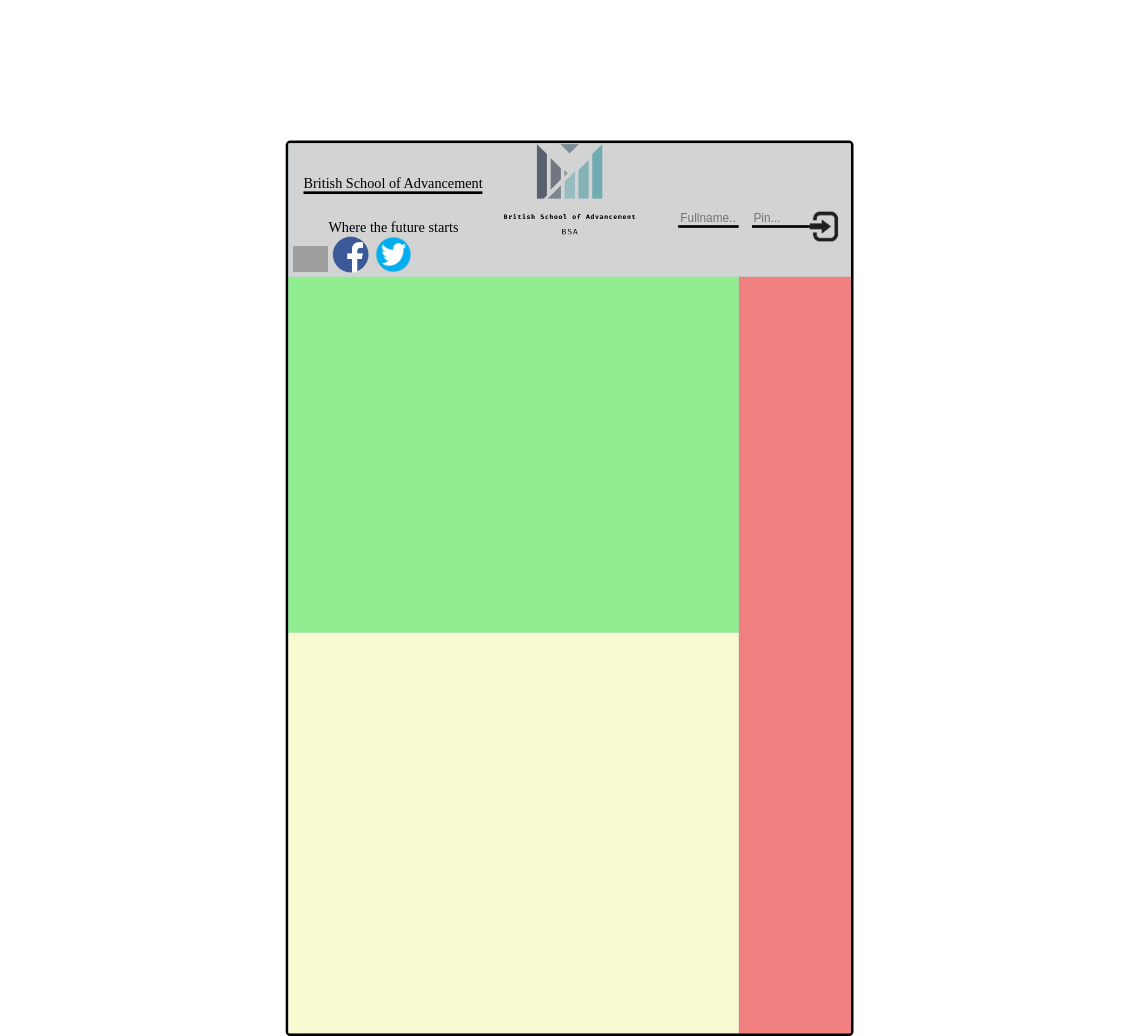
Repository: ghend99/School-app
Page: index.html
The author's editor kept a copy of each file at every save. The page is drawn from the files as they stood at one save, then again after the next save.
The browser window is 1280 px wide. The pictures show the whole page, at 89% of full size.
Pictures or frames that could not be fetched are drawn as grey boxes.

Above is the page before, as saved 2023-03-24 13:20:27.

After the next save:
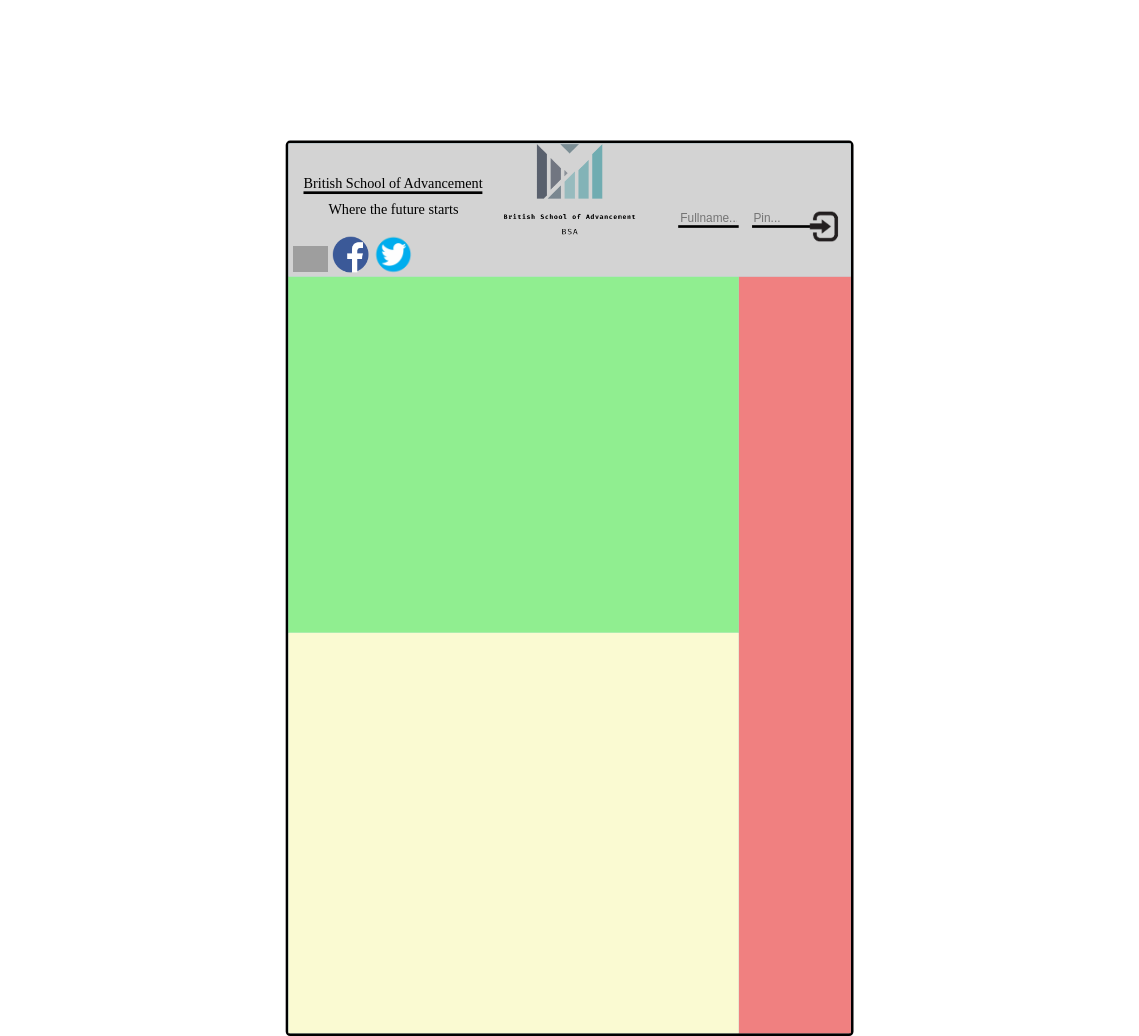
Saved 13 s later.
--- a/style.css
+++ b/style.css
@@ -30,7 +30,7 @@
 
 .header-school-slogan {
   position: absolute;
-  top: clamp(45px, 70px, 100px);
+  top: clamp(45px, 50px, 80px);
   bottom: clamp(30px, 7%, 90px);
   left: clamp(45px, 5%, 70px);
   font-size: clamp(0.9rem, 1.5vw, 1rem);
